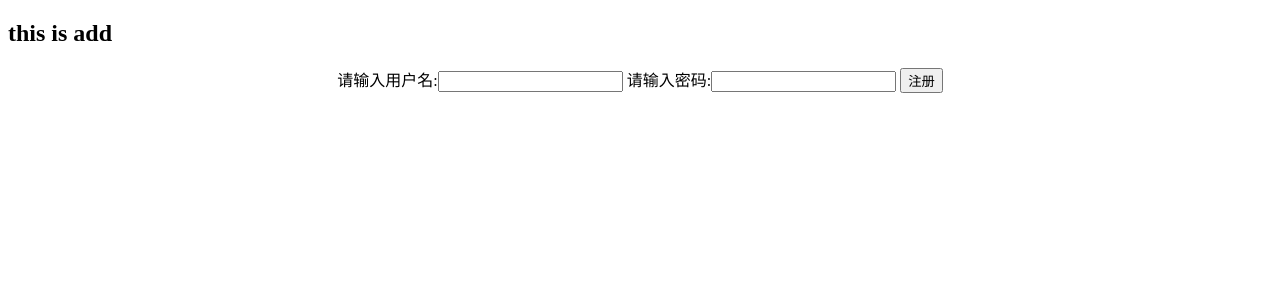
Repository: 194162565/register
Page: ssm-controller/src/main/webapp/add.html
An editor plug-in stored every save of this project. The page is shown before and after the next save, followed by the edit.
The browser window is 1280 px wide. The pictures show the whole page.

Above is the page before, as saved 2017-11-28 13:32:26.

### ssm-controller/src/main/webapp/add.html
<!DOCTYPE html>
<html>
<head>
<meta charset="UTF-8">
<title>Insert title here</title>
</head>
<body>
	<h2>this is add</h2>
	<center>
		<from action="add" method="post">
			请输入用户名:<input type="text" name="name" value=""/>
			请输入密码:<input type="text" name="name" value=""/>
					  <input type="submit" value="注册"/>
		</from>
	</center>
</body>
</html>

After the next save:
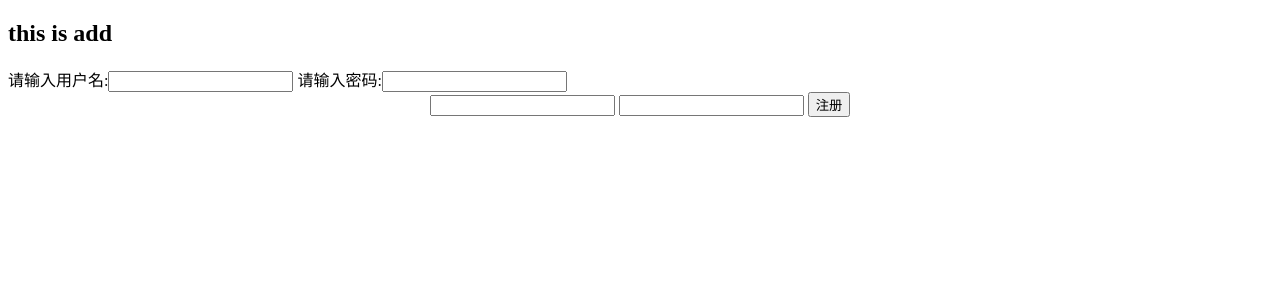
Saved 112 s later.
--- a/ssm-controller/src/main/webapp/add.html
+++ b/ssm-controller/src/main/webapp/add.html
@@ -6,10 +6,12 @@
 </head>
 <body>
 	<h2>this is add</h2>
+	请输入用户名:<input type="text" name="uname"/>
+	请输入密码:<input type="password" name="pwd">
 	<center>
 		<from action="add" method="post">
-			请输入用户名:<input type="text" name="name" value=""/>
-			请输入密码:<input type="text" name="name" value=""/>
+			<input type="text" name="name" value=""/>
+			<input type="text" name="name" value=""/>
 					  <input type="submit" value="注册"/>
 		</from>
 	</center>
